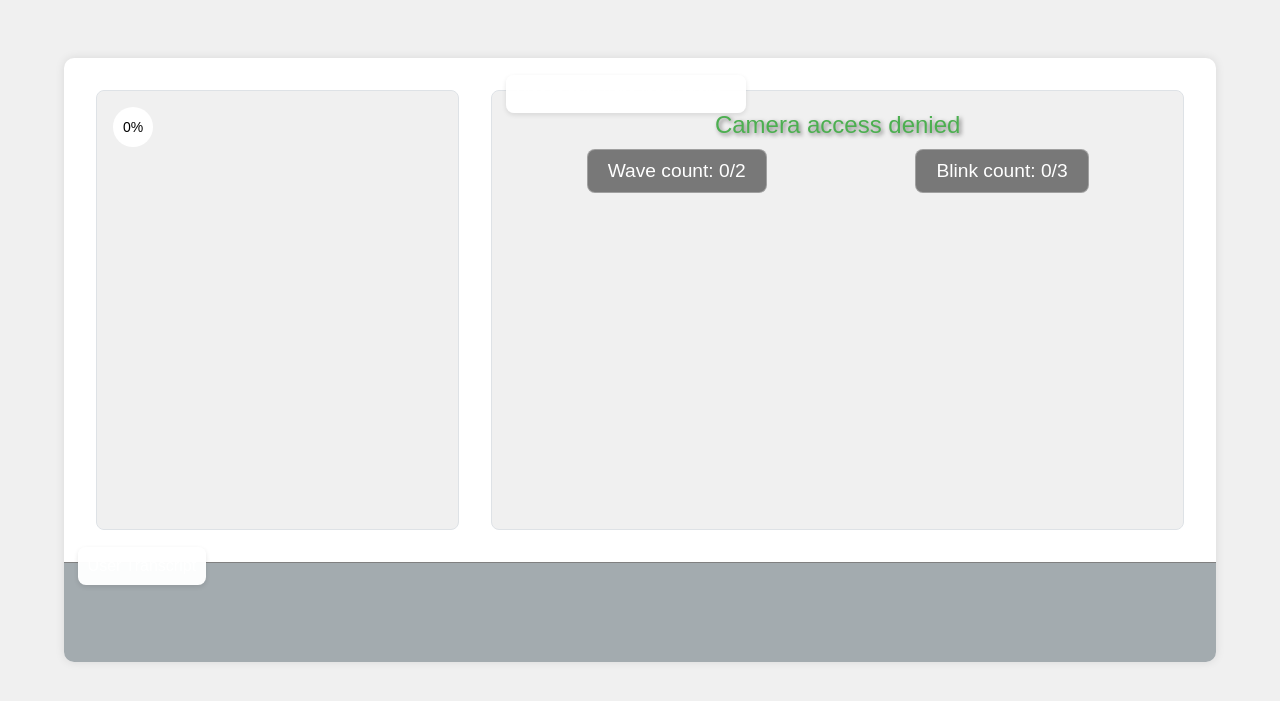
Repository: Ayaanns/E-kyc-BE-project
Page: http://localhost/
These files come from the project's save history. The page is drawn as it stood at one moment and after the next save; the edit follows.
The browser window is 1280 px wide. The pictures show the whole page.
The page is served by the project's application, run on Django 4.2 (manage.py). A made-up administrator, testuser (Test User, test@example.com), is signed in.

Above is the page before, as saved 2025-03-02 02:19:16.

After the next save:
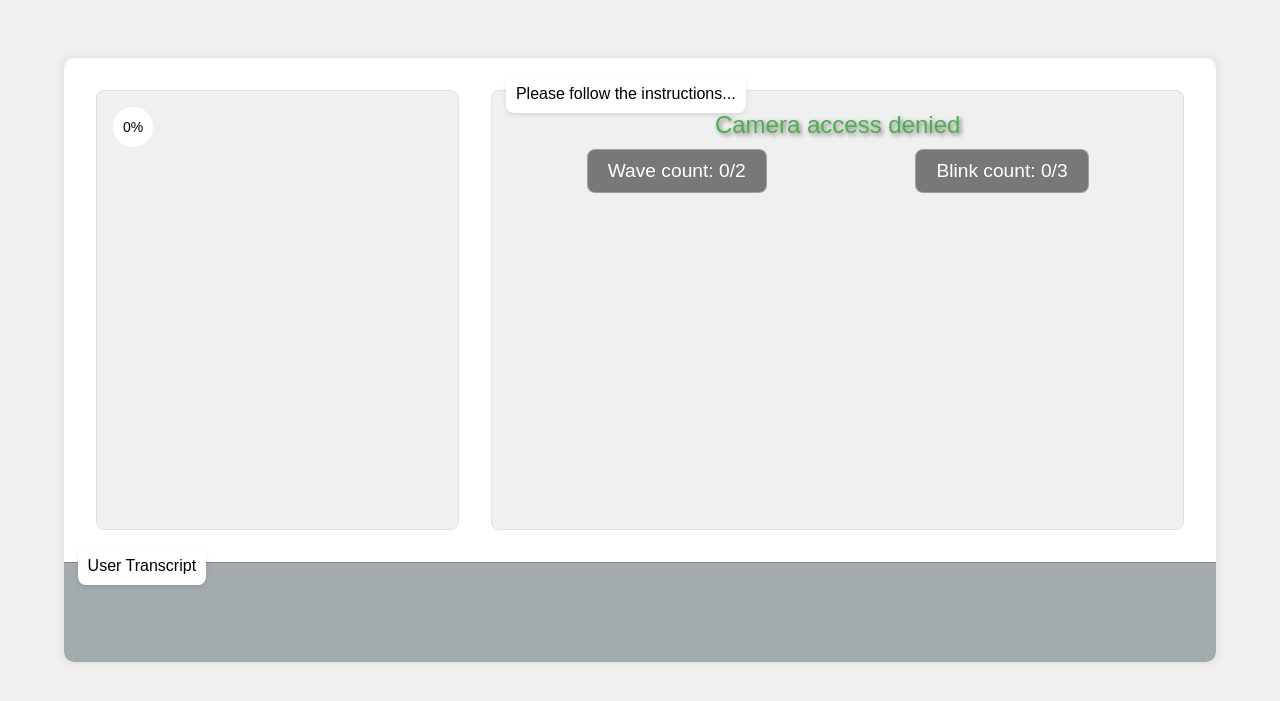
Saved 46 s later.
--- a/templates/home.html
+++ b/templates/home.html
@@ -61,7 +61,7 @@
             /* left: 0;
             right: 0; */
             text-align: center;
-            color: white;
+            color: rgb(0, 0, 0);
             background: rgba(255, 255, 255, 0.973);
             padding: 10px;
             margin: 0 20px;
